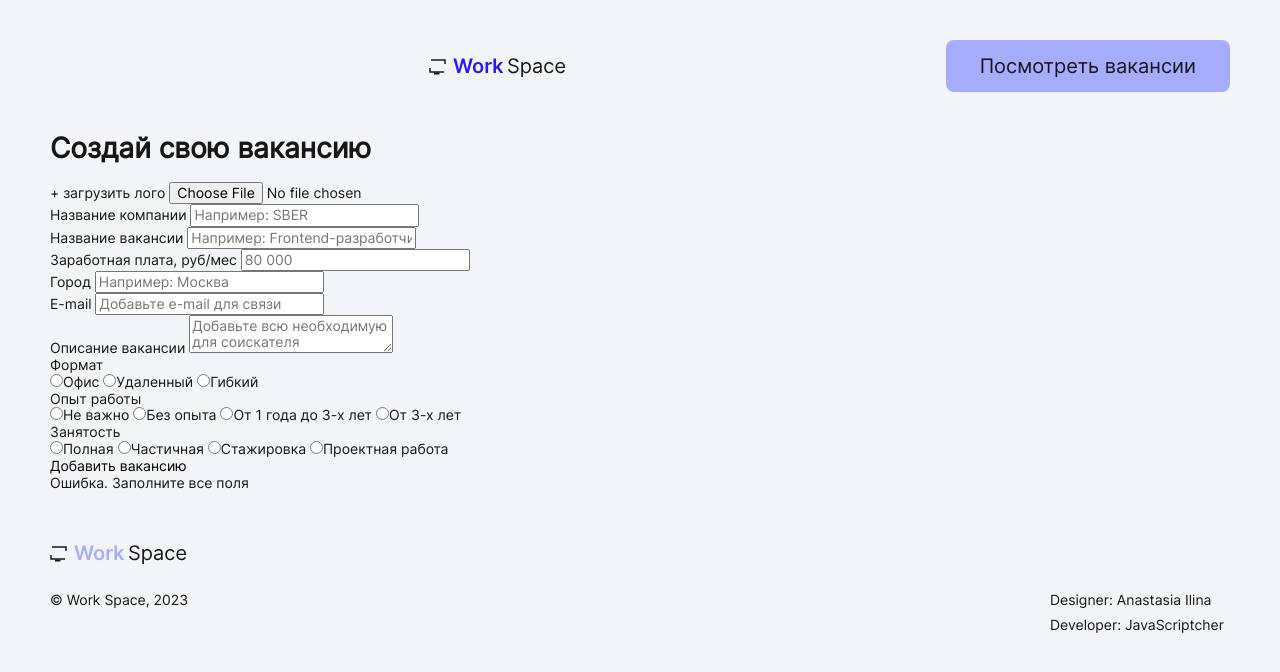
Repository: alexboagreek/workspace_js
Page: employer.html
The author's editor kept a copy of each file at every save. The page is drawn from the files as they stood at one save, then again after a run of saves.
The browser window is 1280 px wide. The pictures show the whole page.

Above is the page before, as saved 2023-09-13 07:50:07.
Console error: TypeError: Cannot read properties of null (reading 'addEventListener')

After the next 3 saves:
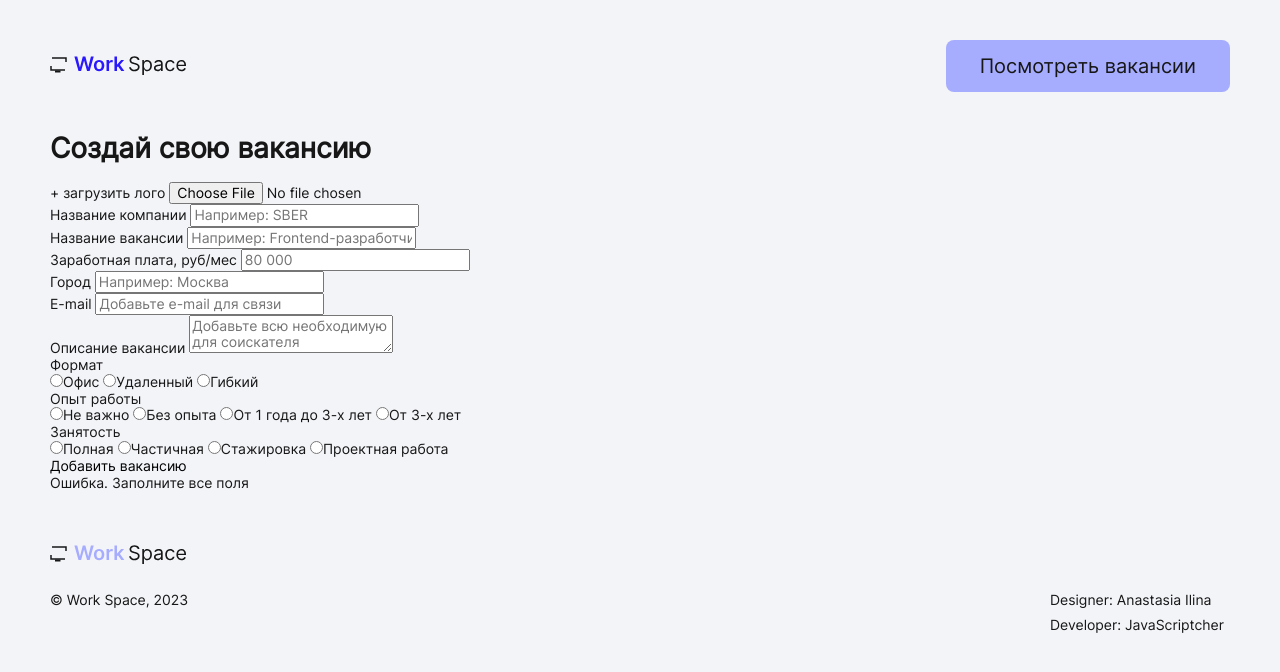
The 3 saves are shown as one change because they came seconds apart.
The last was saved 10 s later.
--- a/employer.html
+++ b/employer.html
@@ -14,8 +14,10 @@
   <body>
     <header class="header">
       <div class="container header__container">
-        <a href=""></a>
-        <img class="header__logo" src="img/logo.svg" alt="Логитип WorkSpace" />
+        <a href="index">
+          <img class="header__logo" src="img/logo.svg" alt="Логитип WorkSpace" />
+        </a>
+
 
         <a class="header__link" href="#vacancies">Посмотреть вакансии</a>
       </div>
